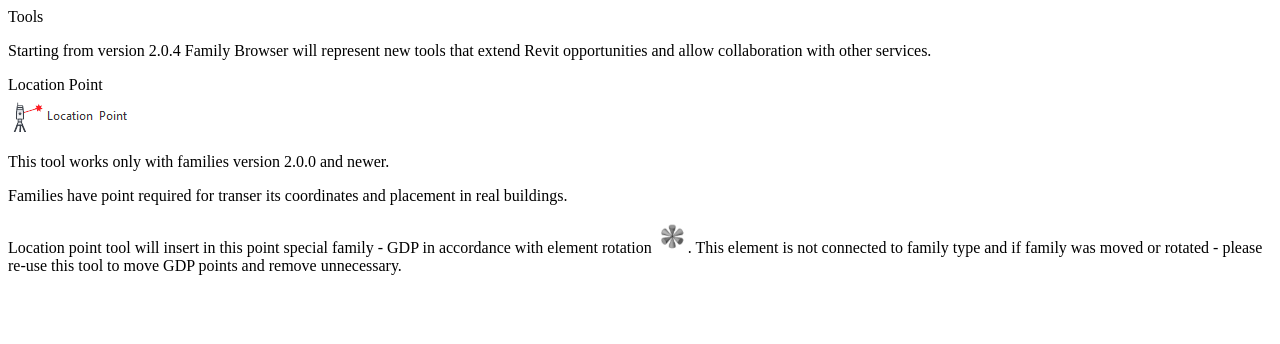
Repository: RomanLavrov/FamilyBrowserUserGuide
Page: http://localhost/FamilyBrowser/application/views/en/tools_view.php
An editor plug-in stored every save of this project. The page is shown before and after the next save, followed by the edit.
The browser window is 1280 px wide. The pictures show the whole page.
The page is run by PHP 8.4 with error messages shown; the project is at /var/www/html/.

Above is the page before, as saved 2019-10-24 12:01:53.

After the next save:
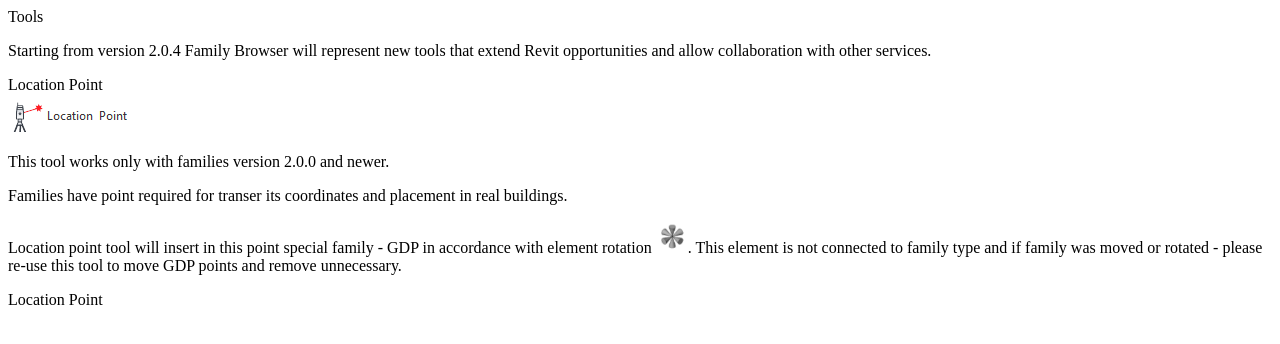
Saved 5 s later.
--- a/FamilyBrowser/application/views/en/tools_view.php
+++ b/FamilyBrowser/application/views/en/tools_view.php
@@ -15,3 +15,5 @@
             family type and if family was moved or rotated - please re-use this tool to move GDP points and remove unnecessary.
       </p>
 </div>
+
+<div class="article-header">Location Point</div>
